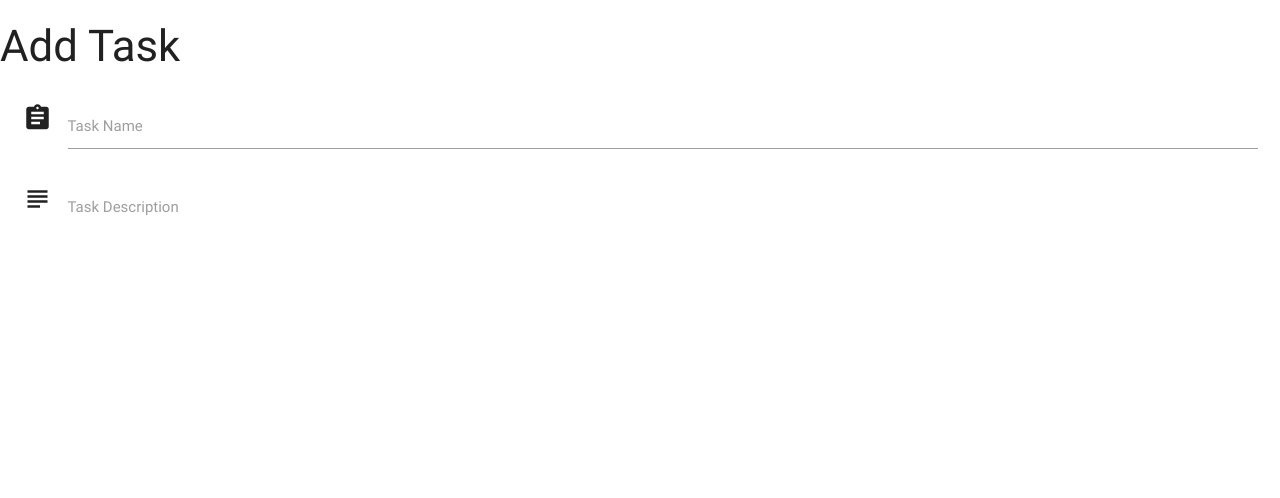
Repository: kalkiboru111/task-manager
Page: http://localhost/add_task
The author's editor kept a record of every edit. The page is drawn from the files as they stood at one moment, then again after the next edit.
The browser window is 1280 px wide. The pictures show the whole page.
The page is served by the project's application, run on Flask 3 (app.py). Queries for data that is not in the repository find no rows.

Above is the page before.
Console error: TypeError: $(...).formSelect is not a function

After the next edit:
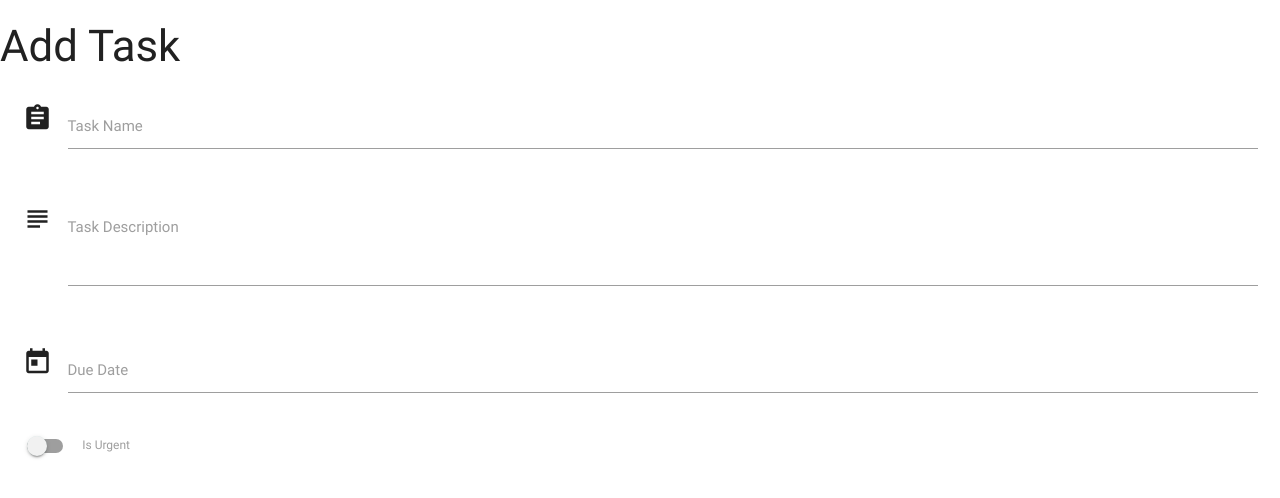
The edit:
--- a/templates/addtask.html
+++ b/templates/addtask.html
@@ -1,19 +1,35 @@
 {% extends 'base.html' %} {% block content %}
-
 <h3>Add Task</h3>
-
 <div class="row">
     <form action="" method="POST" class="col s12">
         <div class="row">
             <div class="input-field col s12">
                 <i class="material-icons prefix">assignment</i>
-                <input id="task_name" name="task_name" type="text" class="validate">
-                <label for="icon-prefix">Task Name</label>
+                <input id="task_name" name="task_name" type="text">
+                <label for="icon_prefix">Task Name</label>
             </div>
+        </div>
+        <div class="row">
             <div class="input-field col s12">
                 <i class="material-icons prefix">subject</i>
-                <text_area name="task_description" id="task_description" class="materialize_textarea"></text_area>
+                <textarea name="task_description" id="task_description" class="materialize-textarea"></textarea>
                 <label for="icon_telephone">Task Description</label>
+            </div>
+        </div>
+        <div class="row">
+            <div class="input-field col s12" id="matfix">
+                <i class="material-icons prefix">today</i>
+                <input id="due_date" name="due_date" type="text" class="datepicker">
+                <label for="icon_prefix">Due Date</label>
+            </div>
+        </div>
+        <div class="row">
+            <div class="switch">
+                <label>
+                  <input id="is_urgent" name="is_urgent" type="checkbox">
+                  <span class="lever"></span>
+                  Is Urgent
+                </label>
             </div>
         </div>
     </form>
